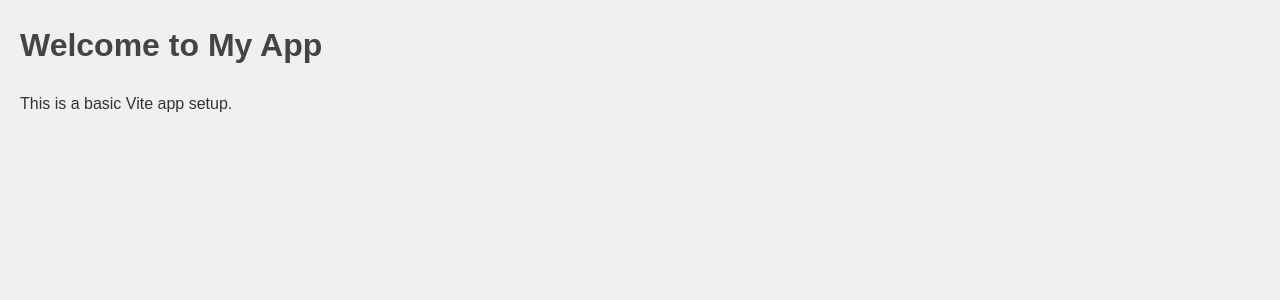
Repository: Javimetro/hyte-full-stack
Page: front/v4/index.html
These files come from the project's save history. The page is drawn as it stood at one moment and after the next save; the edit follows.
The browser window is 1280 px wide. The pictures show the whole page.

Above is the page before, as saved 2024-02-08 18:20:11.
Console error: SyntaxError: Unexpected end of input

After the next save:
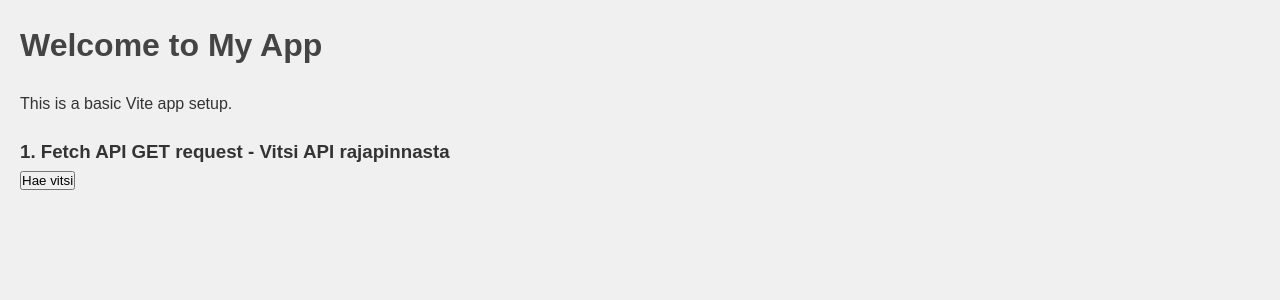
Saved 55 s later.
--- a/front/v4/index.html
+++ b/front/v4/index.html
@@ -4,13 +4,19 @@
     <meta charset="UTF-8">
     <meta name="viewport" content="width=device-width, initial-scale=1.0">
     <title>Your App Name</title>
-    <link rel="stylesheet" href="/style.css"> <!-- Link to your CSS file -->
+    <link rel="stylesheet" href="/style.css"> <!-- Link to CSS file -->
 </head>
 <body>
     <h1>Welcome to My App</h1>
     <p>This is a basic Vite app setup.</p>
 
-    <!-- Keep this script tag to link your JavaScript file -->
+    <h3>1. Fetch API GET request - Vitsi API rajapinnasta</h3>
+
+    <div class="show_joke"></div>
+
+    <button class="chuck">Hae vitsi</button>
+
+    <!-- this script tag to link your JavaScript file -->
     <script type="module" src="/main.js"></script>
 </body>
 </html>
